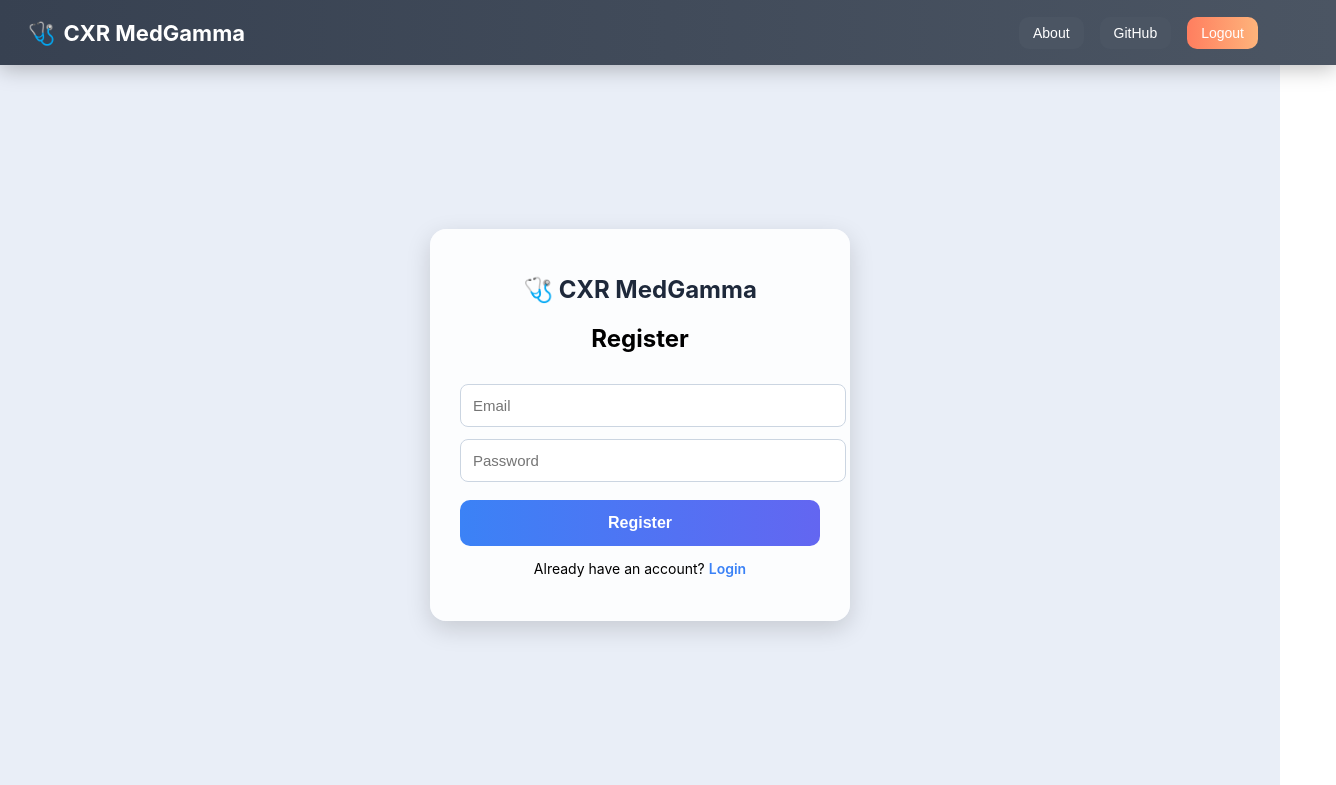
Repository: G-725/cxr-rrg
Page: /register (app in my-react-app/)
These files come from the project's save history. The page is drawn as it stood at one moment and after the next save; the edit follows.
The browser window is 1280 px wide. The page is 1336 px wide, then 1280 px, so the pictures cover 1336 px, including what lies to the right of the window. The pictures show the whole page.
The project was rebuilt for these pictures with package versions that can differ from the ones it lists, and the page was loaded fresh each time. Also part of the build but not shown: my-react-app/src/pages/login.js, my-react-app/src/pages/UserDashboard.js. Imported but missing from the stored project, and not drawn on this page: my-react-app/src/api, my-react-app/src/pages/DoctorDashboard.

Above is the page before, as saved 2025-11-29 15:30:06.

After the next save:
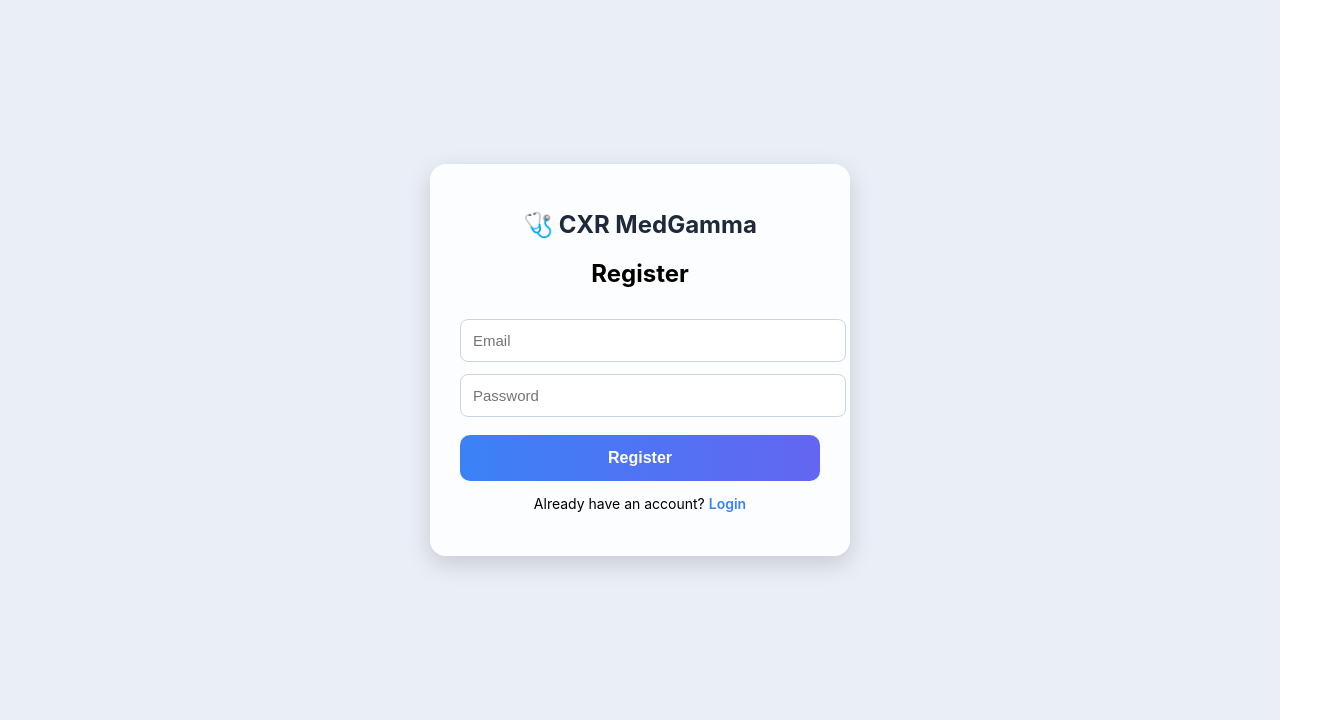
Saved 25 s later.
--- a/my-react-app/src/App.js
+++ b/my-react-app/src/App.js
@@ -2,20 +2,14 @@ import { BrowserRouter, Routes, Route } from "react-router-dom";
 import Login from "./pages/Login";
 import Register from "./pages/Register";
 import UserDashboard from "./pages/UserDashboard";
-import DoctorDashboard from "./pages/DoctorDashboard";
-import Navbar from "./components/Navbar";
-
 
 function App() {
   return (
     <BrowserRouter>
-      <Navbar />
       <Routes>
-
         <Route path="/" element={<Login />} />
         <Route path="/register" element={<Register />} />
-        <Route path="/user" element={<UserDashboard />} />
-        <Route path="/doctor" element={<DoctorDashboard />} />
+        <Route path="/dashboard" element={<UserDashboard />} />
       </Routes>
     </BrowserRouter>
   );
